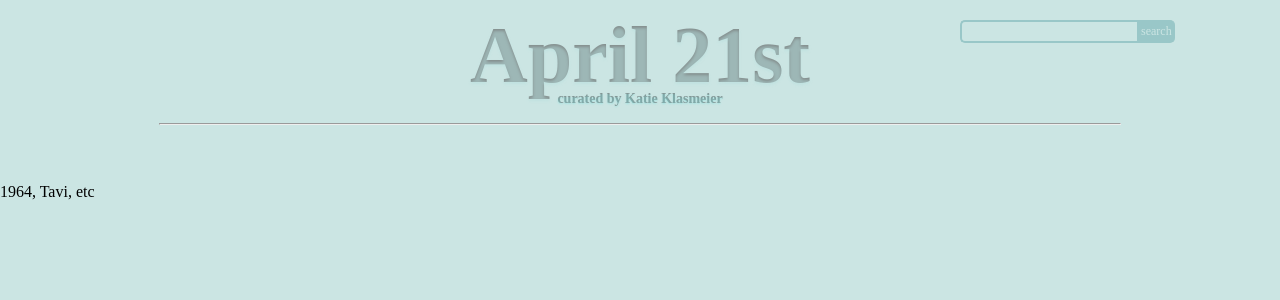
Repository: kklasmei/kklasmei.github.io
Page: tidbits/april21.html
The author's editor kept a record of every edit. The page is drawn from the files as they stood at one moment, then again after the next edit.
The browser window is 1280 px wide. The pictures show the whole page.

Above is the page before.

### tidbits/april21.html
<html>
    <head>
        <title>April 21</title>
        <link rel="stylesheet" href="tidbits.css">
    </head>
    <body>
    <div id="search">
		<form id="searchbody" method="get" action="http://kklasmei.github.io/tidbits/home.html">
		        <input type="text" class="bar" maxlength="70"><input type="submit" value="search" class="button">
		</form>
	<div class="tfclear"></div>
	</div>
        <h1> April 21st </h1>
        <h2> curated by Katie Klasmeier </h2>
        <hr>
    	<br>
    	<p2>1964, Tavi, etc</p2>



    </body>
</html>

### tidbits/tidbits.css
h1 {
    text-align: center;
    font-size: 80;
    padding-top: 10;
    margin-bottom: -10;
    margin-top: 0;
    font-family: Archer;
    opacity: .6;
    background-color: #565656;
    color: transparent;
    text-shadow: 0px 2px 3px rgba(167,219,219,.5);
  -webkit-background-clip: text;
     -moz-background-clip: text;
          background-clip: text;
}

h2 {
    text-align: center;
    font-size: 14;
    font-family: Archer;
    opacity: .6;
    background-color: #565656;
    padding-bottom: 8;
    padding-top: -40;
    margin: 0;
    color: transparent;
    text-shadow: 0px 1px 2px rgba(68,219,219,.5);
  -webkit-background-clip: text;
     -moz-background-clip: text;
          background-clip: text;
}

body {
    background: #cbe5e3;
    margin: 0;
    padding: 0;
}

hr {
    margin-bottom: 40;
    width: 75%;
    color: #44dbdb;
    display: block;
    height: 0;
}

.submit {
    text-align: center;
}

.month, .day {
    display: inline;
}

.date {
    text-align: center;
}

#searchbody {
	float: right;
	padding-left: 75%;
	padding-top: 20px;
	margin-right: 20px;
	position: absolute;

}

.bar {
		margin: 0;
		padding: 2px 10px;
		font-family: Archer;
		font-size: 12px;
		border: 2px solid #99c7c8; border-right: 0px;
		border-top-left-radius: 5px 5px;
		border-bottom-left-radius: 5px 5px;
		background-color: transparent;
}

.bar:focus {
    outline: none;
}

.button {
		margin: 0;
		padding: 3px 3px;
		font-family: Archer;
		font-size: 12px;
		cursor: pointer;
		text-align: center;
		outline: none;
		color: #cbe5e3;
		border: solid 1px #99c7c8; border-right:0px;
		background: #99c7c8;
		background: -webkit-gradient(linear, left top, left bottom, from(#99c7c8), to(#99c7c8));
		background: -moz-linear-gradient(top,  #99c7c8,  #99c7c8);
		border-top-right-radius: 5px 5px;
		border-bottom-right-radius: 5px 5px;
	}
	.tfbutton:hover {
		text-decoration: none;
		background: #99c7c8;
		background: -webkit-gradient(linear, left top, left bottom, from(#99c7c8), to(#99c7c8));
		background: -moz-linear-gradient(top,  #99c7c8,  #99c7c8);
	}
	/* Fixes submit button height problem in Firefox */
	.tfbutton::-moz-focus-inner {
	  border: 0;
	}
	.tfclear{
		clear:both;
	}

p1 {
    font-family: Archer-Bold;
    float: left;
    font-size: 25;
    padding-top: 20px;
    margin-left: 20px;
    padding-left: 4%;
    opacity: .6;
    background-color: #565656;
    color: transparent;
    text-shadow: 0px 2px 3px rgba(167,219,219,.5);
  -webkit-background-clip: text;
     -moz-background-clip: text;
          background-clip: text;
}

p1, #searchbody {
    display: inline;
}

After the next edit:
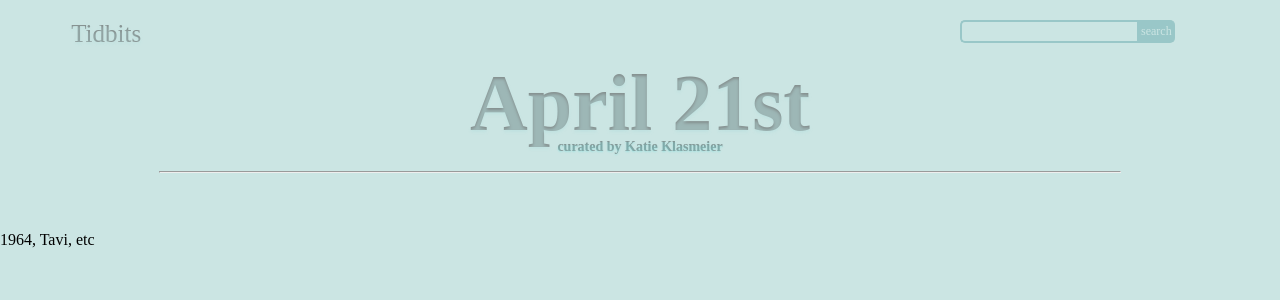
The edit:
--- a/tidbits/april21.html
+++ b/tidbits/april21.html
@@ -8,6 +8,7 @@
 		<form id="searchbody" method="get" action="http://kklasmei.github.io/tidbits/home.html">
 		        <input type="text" class="bar" maxlength="70"><input type="submit" value="search" class="button">
 		</form>
+		    	<p1> Tidbits </p1>
 	<div class="tfclear"></div>
 	</div>
         <h1> April 21st </h1>
